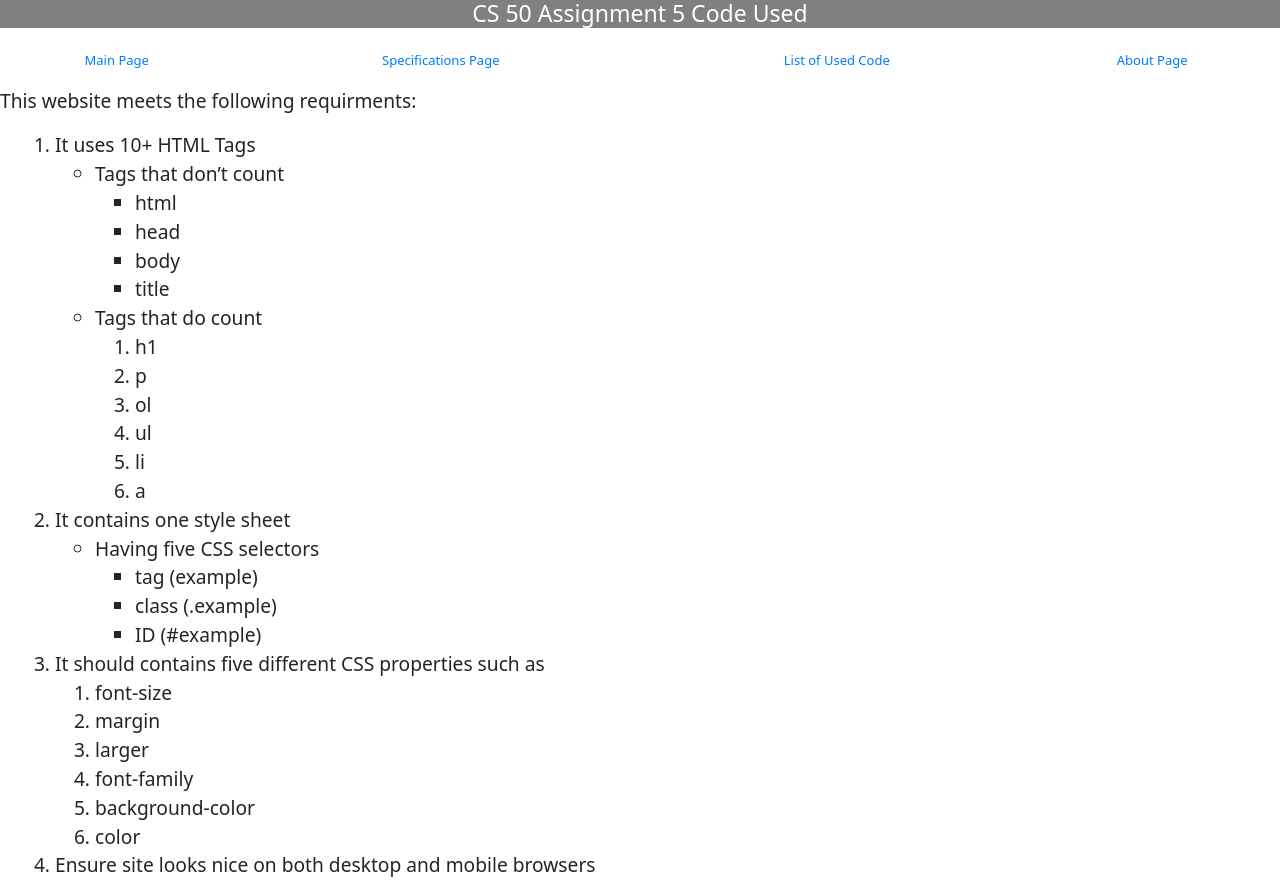
Repository: RSchwinn/cs50
Page: workspace/pset5/homepage/add.html
The author's editor kept a record of every edit. The page is drawn from the files as they stood at one moment, then again after the next edit.
The browser window is 1280 px wide. The pictures show the whole page.

Above is the page before.

### workspace/pset5/homepage/add.html
<!DOCTYPE html>

<html lang="en">
    <head>
        <!-- Required meta tags -->
        <meta charset="utf-8">
        <meta name="viewport" content="width=device-width, initial-scale=1, shrink-to-fit=no">

        <!-- Bootstrap CSS -->
        <link rel="stylesheet" href="https://stackpath.bootstrapcdn.com/bootstrap/4.1.3/css/bootstrap.min.css" integrity="sha384-MCw98/SFnGE8fJT3GXwEOngsV7Zt27NXFoaoApmYm81iuXoPkFOJwJ8ERdknLPMO" crossorigin="anonymous">
        <link href="styles.css" rel="stylesheet">
        <title>CS 50 Assignment 5 Code Used</title>
    </head>
    <body>
        <h1> CS 50 Assignment 5 Code Used</h1>
<table style="width:100%">
  <tr>
<td><a href="index.html">Main Page</a> </td>
<td><a href="specs.html">Specifications Page</a> </td>
<td><a href="add.html">List of Used Code</a> </td>
<td><a href="about.html">About Page</a> </td>
</tr>
</table>
        <p> This website meets the following requirments:</p>
        <div class = "container-fluid">
            <ol>
                <li>It uses 10+ HTML Tags
                    <ul>
                        <li>Tags that don’t count
                            <ul>
                                <li> html </li>
                                <li> head </li>
                                <li> body </li>
                                <li> title </li>
                            </ul>
                        </li>
                        <li> Tags that do count
                            <ol>
                                <li> h1 </li>
                                <li> p </li>
                                <li> ol </li>
                                <li> ul </li>
                                <li> li </li>
                                <li> a </li>
                            </ol>
                        </li>
                    </ul>
                </li>
                <li>It contains one style sheet
                    <ul>
                        <li> Having five CSS selectors
                            <ul>
                                <li> tag (example) </li>
                                <li> class (.example) </li>
                                <li> ID (#example)</li>
                            </ul>
                        </li>
                    </ul>
                </li>
                <li>It should contains five different CSS properties such as
                    <ol>
                        <li> font-size </li>
                        <li> margin </li>
                        <li> larger </li>
     <li> font-family </li>
     <li> background-color </li>
     <li> color </li>
                    </ol>
                </li>
                <li>
                    Ensure site looks nice on both desktop and mobile browsers
                </li>
            </ol>
        </div>
        </ol>


    <script src="https://code.jquery.com/jquery-3.3.1.slim.min.js" integrity="sha384-q8i/X+965DzO0rT7abK41JStQIAqVgRVzpbzo5smXKp4YfRvH+8abtTE1Pi6jizo" crossorigin="anonymous"></script>
    <script src="https://cdnjs.cloudflare.com/ajax/libs/popper.js/1.14.3/umd/popper.min.js" integrity="sha384-ZMP7rVo3mIykV+2+9J3UJ46jBk0WLaUAdn689aCwoqbBJiSnjAK/l8WvCWPIPm49" crossorigin="anonymous"></script>
    <script src="https://stackpath.bootstrapcdn.com/bootstrap/4.1.3/js/bootstrap.min.js" integrity="sha384-ChfqqxuZUCnJSK3+MXmPNIyE6ZbWh2IMqE241rYiqJxyMiZ6OW/JmZQ5stwEULTy" crossorigin="anonymous"></script>
    </body>
</html>

### workspace/pset5/homepage/styles.css
body
{
    font-size: larger;
    font-family: sans;
}

h1
{
    background-color: grey;
    color: white;
    font-size: larger;
    font-family: sans;
    text-align: center;
}

#unique
{
    border: 4px dotted blue;
}

table
{
    border: 1px solid white;
    text-align: center;
    width:100%;
    font-size: small;
}

tr
{
    height: 50px;
}

td
{
    border: 1px solid white;
    color: white;
}

.students
{
    background-color: yellow;
    opacity: 0.7;
}

After the next edit:
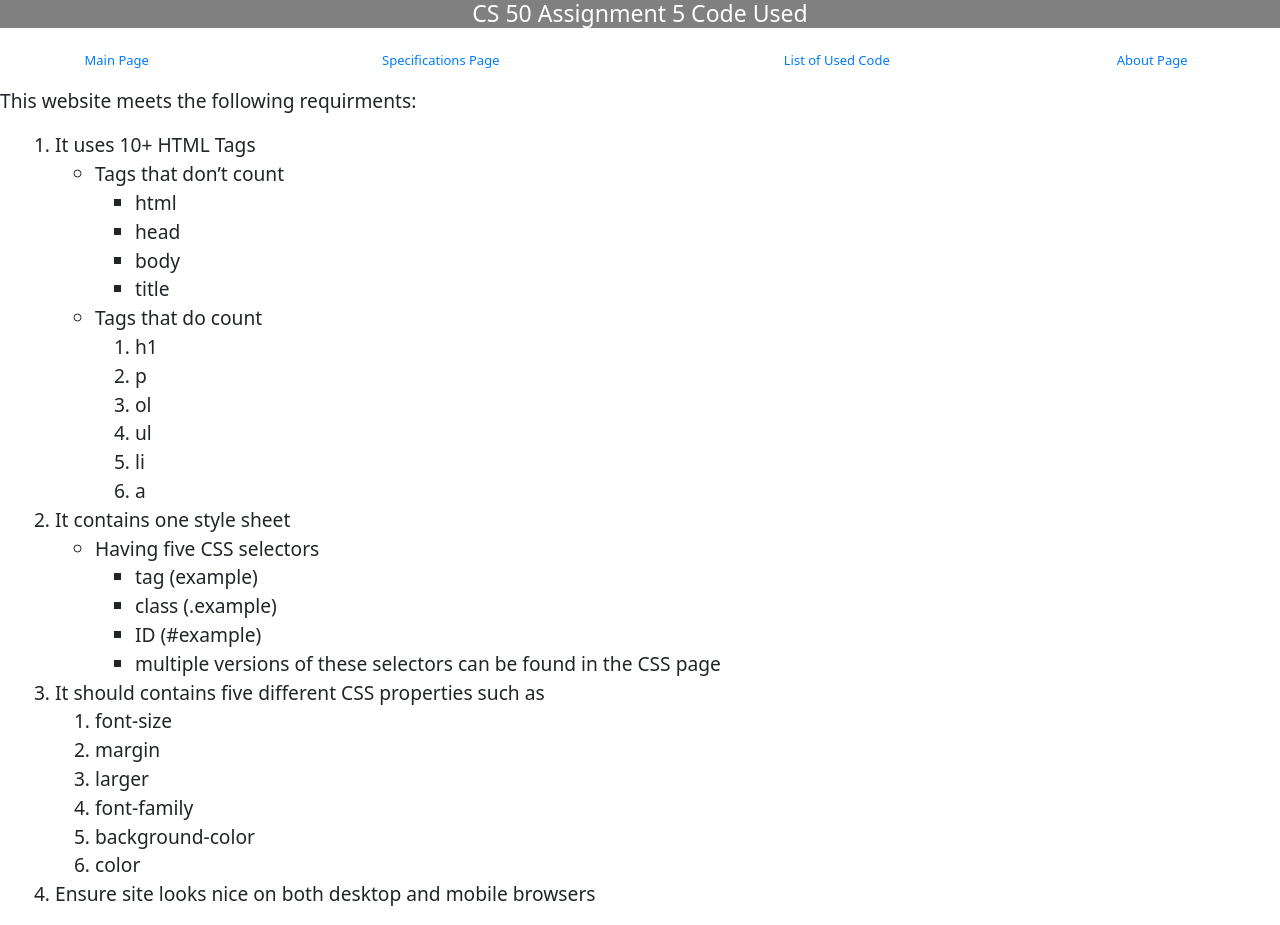
The edit:
--- a/workspace/pset5/homepage/add.html
+++ b/workspace/pset5/homepage/add.html
@@ -53,6 +53,7 @@
                                 <li> tag (example) </li>
                                 <li> class (.example) </li>
                                 <li> ID (#example)</li>
+                                <li> multiple versions of these selectors can be found in the CSS page </li>
                             </ul>
                         </li>
                     </ul>
